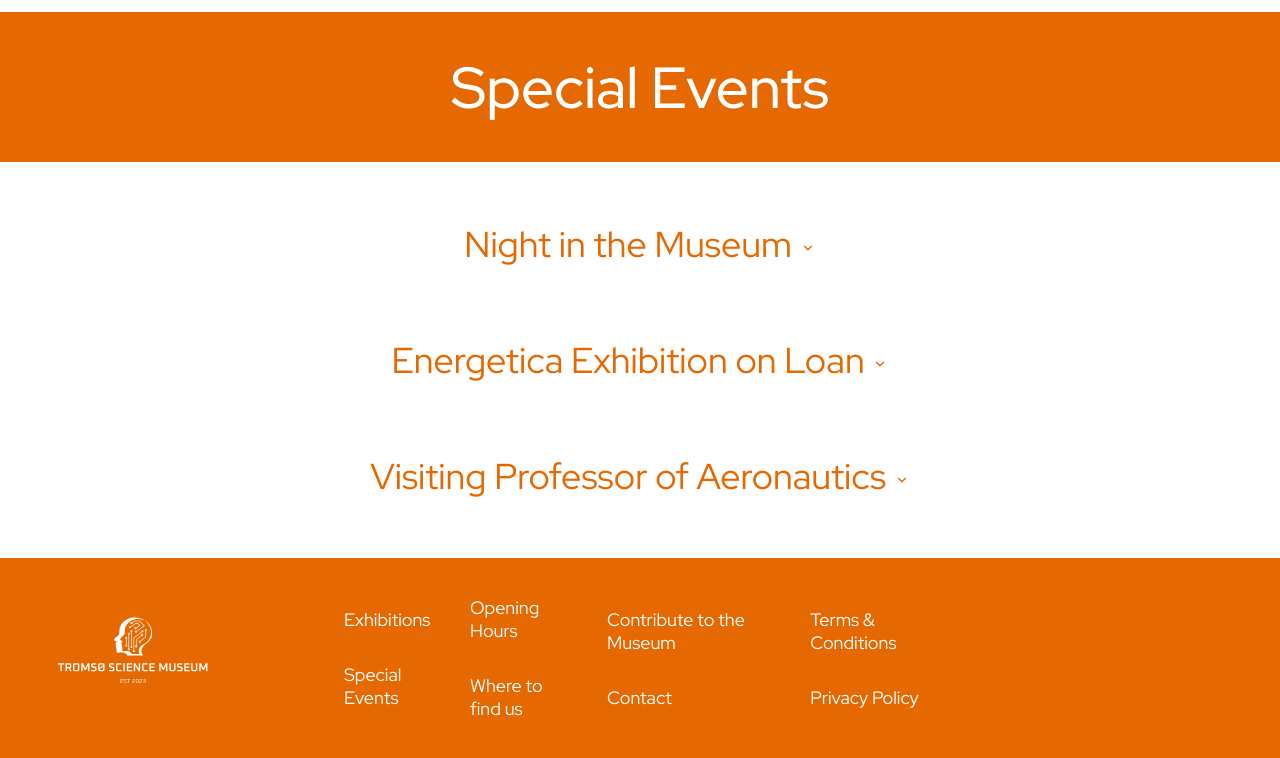
Repository: benjaminskarding/Semester-Project
Page: index.html
These files come from the project's save history. The page is drawn as it stood at one moment and after the next save; the edit follows.
The browser window is 1280 px wide. The pictures show the part of the page from y = 5117 to 5875 px (the page is 5875 px tall before and 5779 px after).
A picture or video elsewhere on the page could not be fetched, so the positions and the page height are approximate.

Above is the page before, as saved 2023-12-04 13:38:39.

### index.html
<!DOCTYPE html>
<html lang="en">
<head>
    <meta charset="UTF-8">
    <meta name="viewport" content="width=device-width, initial-scale=1.0">
    <link rel="stylesheet" href="/src/css/index.css">
    <link rel="preconnect" href="https://fonts.googleapis.com">
    <link rel="preconnect" href="https://fonts.gstatic.com" crossorigin>
    <link href="https://fonts.googleapis.com/css2?family=Red+Hat+Display:wght@300;400;500;600;700;800&display=swap" rel="stylesheet">
    <title>Document</title>
</head>
<body>
<div class="landing-section">

    <div class="fullscreen-bg-vid">
        <video loop muted autoplay>
            <source src="assets/videos/30001-0863.mp4" type="video/mp4">
        </video>
    </div>

    <header class="header-collection">
        <div class="header-wrapper">
            <nav class="header-main-nav">
                <div class="header-nav-left-placeholder">
                </div>
                <div class="header-nav-center-logo">
                    <a href="index.html" aria-label="Go to homepage">
                        <img class="logo" src="assets/images/logo/whitelogo.svg" alt="company logo">
                    </a>
                </div>
                <div class="header-nav-right">
                    <label for="menuToggle" class="menu-button" aria-label="Open Menu"> <!--toggles overlay-->
                        <span class="white">MENU</span>
                        <img src="assets/images/icons/helix.svg" class="menuIcon" alt="navigation menu icon">
                    </label>
                </div>
            </nav>
        </div>

        <!--Hamburger overlay-->
        <input type="checkbox" id="menuToggle" class="menu-toggle-checkbox" style="display: none;">
        <div class="hamburger-overlay-homepage" id="menuOverlay" aria-label="Menu overlay">

            <div class="overlay-header">
                <h3 class="medium">Menu</h3>
                <label for="menuToggle" class="overlay-close-btn" aria-label="Close menu">&times;</label>
            </div>

            <div class="overlayOptionsContainer">
                <a href="index.html">
                  <h5 class="menu-item">Home</h5>
                </a>
                <a href="exhibitions.html">
                  <h5 class="menu-item">Exhibitions</h5>
              </a>
                <a href="special_events.html">
                  <h5 class="menu-item">Special Events</h5>
              </a>
                <a href="contribute.html">
                  <h5 class="menu-item">Contribute to the Museum</h5>
              </a>
                <a href="contact.html">
                  <h5 class="menu-item">Contact</h5>
              </a>
                <a href="terms_conditions.html">
                  <h5 class="menu-item">Terms & Conditions</h5>
              </a>
                <a href="privacy_policy.html">
                  <h5 class="menu-item">Privacy Policy</h5>
              </a>
            </div>
            <div class="overlayLogoContainer">
                <img src="assets/images/logo/whitelogo.svg" class="overlayLogo" alt="company logo in hamburger overlay">
            </div>
        </div>
    </header>


    <div class="hero-text">
        <h1><a href=#>CURRENT EXHIBITIONS</a></h1>
        <div class="hero-text-bottom">
            <div class="title">
                <h2 class="specEvent"><a href=#>SPECIAL EVENTS</a></h2>
            </div>
            <div class="additional-links">
                <div class="link-with-line">
                    <a href="contact.html" class="hero-small-link">CONTACT</a>
                    <div class="line"></div>
                </div>
                <div class="link-with-line">
                    <a href="#" class="hero-small-link-two">CONTRIBUTE TO THE MUSEUM</a>
                    <div class="line"></div>
                </div>
            </div>
        </div>
    </div>
</div>
    <div class="title-bar">
        <h3 class="medium">Visit</h3>
    </div>

    <div class="main-grid">
        <div class="left-column">
            <div class="column-text-content">
                <h4 class="medium orange">Admission</h4>
                <h6>The entrance is free for all.</h6>
                <p>There are guided tours of the museum that leave every hour.</p>
                <p>These tours are 70 NOK per person and include a handy printed guide of the museum.</p>
                <p>If you would like to organise a guided tour for your group of 6 or more people, please contact us to arrange the tour.</p>
                <p class="orange bold">Accessibility</p>
                <p>The museum has wheelchair accessibility ramps.</p>
                <p>It also has audio guides and braille display signs for the visually impaired.</p>
            </div>
        </div>
        <div class="center-column">
            <div class="column-text-content">
                <p class="orange bold">Shop</p>
                <p>Our shop offers a range of memorabilia from the museum as well as great gifts and activity packs that allow you to continue to explore science even after you’ve left the museum.</p>
                <p class="orange bold">Food and Drink</p>
                <p>There is a café attached to the museum where you can get light lunches, soft drinks, coffee, snacks and more.</p>
            </div>
        </div>
        <div class="right-sidebar">
            <div class="sidebarSection">
                <h5>Our Location</h5>
                <hr>
                <p>Tromsø Science Museum</p>
                <p>123 Northern Lights Avenue</p>
                <p>Tromsø, Norway</p>
            </div>
            <div class="sidebarSection">
                <h5>Opening Hours</h5>
                <hr>
                <p>Monday: Closed</p>
                <p>Tuesday: 10:00 – 16:00</p>
                <p>Wednesday: 10:00 – 16:00</p>
                <p>Thursday: 10:00 – 16:00</p>
                <p>Friday: 10:00 – 19:00</p>
                <p>Saturday: 9:00 – 16:00</p>
                <p class="lastpar">Sunday: 9:00 – 13:00</p>
            </div>
        </div>

        <div class="image">
            <img src="assets/images/x/cube.jpg">
        </div>
        <div class="mid-right-column">
            <div class="right-column-text-content">
                <h2 class="orange">Explore Together</h2>
                <p class="semibold">Come join us at the Tromsø Science Museum where we’re committed to making science accessible to all.</p>
                <p>Over the course of human history, science has developed from our early understanding of fire, wind, water, and earth to exploring everything from galaxies far away to the very building blocks of life itself.</p>
                <p>The aim of our museum is to create a space where everyone can experience the wonders of our discoveries and perhaps even ignite a lifelong passion to continue the exploration of the world around us.</p>
                <p>We believe science should not be confined to the textbook, but brought to live through exhibits. This is why we have over 1000 different exhibits on the many varied subjects of science to explore.</p>
                <p>Many of these exhibits are designed for you to interact with and play around to see science come to life (apart from the dinosaur exhibits – they only come to life at night when everyone’s gone home).</p>
            </div>
        </div>
    </div>

    <div class="mid-bar"></div>

    <div class="grid2">
        <div class="teach-col">
            <div class="column-text-content">
                <h4 class="medium orange">For Teachers</h4>
                <p class="semibold">As a community-driven museum, we want to work with schools to create places of learning and exploring.</p>
                <p>Our team are on hand to give your students guided tours of the museum, teach them in our learning laboratory, and provide great video presentations that will excite and inspire them.</p>
                <p>Please get in touch with us here to find out more about our facilities and to arrange a time to bring your students through for a visit.</p>
            </div>
        </div>

        <div class="low-mid-right-column">
            <div class="right-column-text-content">
                <h4 class="medium orange">For Kids</h4>
                <p class="semibold">Are you a young person looking to learn more about science? Come on down to our museum, there’s plenty to see and do.</p>
                <p>You can learn about Newtonian physics from our bumper swing, or why not travel back in time and meet our resident Woolly Mammoth? Our exhibits are designed to be accessible for interested minds, so make sure you come ready to learn and explore.</p>
                <p>We also have the Young Stars club which meets once a week on a Saturday between 10:00 and 13:00 where you’ll get to explore and experiment with our team of experts.</p>
                <p class="lastpar">During the school holidays we run special holiday clubs where you can join other children your age to go on a journey of discovery. Each holiday we pick a new theme to explore. To find out more about the holiday club and how you can join, send us a message.</p>
                <h4 class="medium orange">Researchers</h4>
                <p class="semibold">Are you looking to get involved with our team of researchers and academics?</p>
                <p>Our museum offers various ways for you to use our resources and contribute towards them. We have online records, laboratory space, and a working relationship with a number of universities around the country.</p>
            </div>
        </div>

        <div class="left-sidebar">
            <div class="sidebarSection">
                <h5>Special Events</h5>
                <hr>
                <p>Visiting Professor of Aeronautics</p>
                <p>Night in the Museum</p>
                <p>Energetica Exhibition on Loan</p>
            </div>
            <div class="sidebarSection">
                <h5>Current Exhibitions</h5>
                <hr>
                <p>Cosmology</p>
                <p>Evolution</p>
                <p>Biology & Medicine</p>
                <p>Ecology</p>
                <p>Robotics & AI</p>
            </div>
        </div>
    </div>

    <div class="title-bar title-bar-right">
        <h3 class="medium">Exhibitions</h3>
    </div>


    <div class="grid3">
        <div class="imageCarousel image">
            <img src="assets/images/x/spaceman.jpg">
        </div>
        <div class="carouselDescription">
            <div class="column-text-content">
                <h5 class="orange">Discover the Cosmos</h5>
                <p class="semibold">Embark on a celestial journey at the Tromsø Science Museum's space exhibit.</p>
                <p>Dive into the history of space exploration, from the earliest dreams of flying to the moon, to the latest discoveries in the vast expanse of our universe.</p>
            </div>
        </div>
        <div class="exhibText">
            <div class="right-column-text-content">
                <h4 class="medium orange">Engage, Learn and Interact</h4>
                <p class="semibold">The Tromsø Science Museum is not just a building; it's a celebration of human curiosity and the relentless pursuit of knowledge.</p>
                <p>As a beacon of discovery, our exhibitions are thoughtfully designed to inspire awe, stimulate intellect, and provoke conversation.</p>
                <p>From the enigmatic depths of outer space to the microscopic intricacies of biology, each exhibit serves as a window to the vast and varied tapestry of the universe.</p>
                <a href="#" class="exhibButton medium">Tour All Exhibitions</a>
            </div>
        </div>
    </div>

    <div class="title-bar">
        <h3 class="medium">Contribute</h3>
    </div>

    <div class="grid4">
        <div class="suppMuseum">
            <div class="column-text-content">
                <h4 class="medium orange">Support the Museum</h4>
                <p class="semibold">Tromsø Science Museum is not just a space, it's a vibrant hub for exploration and learning, a testament to the power of community involvement.</p>
                <p>While our contributions page provides detailed ways you can join in our efforts, here we invite you to consider the unique impact that your support can create.</p>
            </div>
            <div class="navStuff">
                <div class="buttonWrapper">
                    <a href="#" class="navButtonSmall medium">Internship</a>
                    <img src="assets/images/icons/longArrow.svg" alt="Right Arrow" class="arrowIcon">
                </div>
                <div class="buttonWrapper">
                    <a href="#" class="navButtonSmall medium">Make a Gift</a>
                    <img src="assets/images/icons/longArrow.svg" alt="Right Arrow" class="arrowIcon">
                </div>
                <div class="buttonWrapper">
                    <a href="#" class="navButtonSmall medium">Volunteer</a>
                    <img src="assets/images/icons/longArrow.svg" alt="Right Arrow" class="arrowIcon">
                </div>
                <div class="buttonWrapper">
                    <a href="#" class="navButtonSmall medium">Donate</a>
                    <img src="assets/images/icons/longArrow.svg" alt="Right Arrow" class="arrowIcon">
                </div>
            </div>
        </div>

        <div class="supportImage image">
            <img src="assets/images/x/supp.jpg">
        </div>
    </div>

    <div class="title-bar-center">
        <h3 class="medium">Special Events</h3>
    </div>

    <div class="specEvents">
        <div class="specContent">
            <div class="section">
                <input type="checkbox" id="toggleNight" class="toggle"/>
                <label for="toggleNight" class="toggle-label">
                    Night in the Museum
                  <img src="assets/images/icons/arrow-down-s-line.svg" class="arrow">
                </label>
                <div class="content">
                    <p>Get your family together for an exciting night in the museum as you sleep over beside dinosaurs and science displays.</p>
                    <p>Bring your own sleeping bag and get ready to rough it as we go exploring the wonders of science.</p>
                </div>
            </div>
            <div class="section">
                <input type="checkbox" id="toggleExhibition" class="toggle"/>
                <label for="toggleExhibition" class="toggle-label">
                    Energetica Exhibition on Loan
                  <img src="assets/images/icons/arrow-down-s-line.svg" class="arrow">
                </label>
                <div class="content">
                    <p>On loan from the NEMO Science Museum in Amsterdam, the Energetica exhibition is coming to the Community Science Museum.</p>
                    <p>It’s a series of installations that allow visitors to experience the power of the elements as we harness them.</p>
                    <p>From solar energy powering lighting, to ‘Wind Island’ that shows how turbines are able to use and control wind to create power.</p>
                </div>
            </div>
            <div class="section">
                <input type="checkbox" id="toggleProfessor" class="toggle"/>
                <label for="toggleProfessor" class="toggle-label">
                  Visiting Professor of Aeronautics
                  <img src="assets/images/icons/arrow-down-s-line.svg" class="arrow">
                </label>
                <div class="content">
                    <p>It is our pleasure to announce that Prof Sheila Widnall from the Massachusetts Institute of Technology will be delivering 3 lectures on the development of aeronautics and where the future lies in this exciting ‘space’.</p>
                </div>
            </div>
        </div>
    </div>

    <footer id=desktop-footer class="footer">
        <div class="footer-container">
              <!--footer left side-->
            <div class="footer-left-container">
              <a href="index.html"  aria-label="Back to homepage">
                <img src="assets/images/logo/whitelogo.svg" class="footer-logo" alt="company logo in footer">
              </a>
            </div>
            <!--footer center-->
            <div class="footer-center-container">
              <div class="footer-column-1">
                <p class="footer-titles">Exhibitions</p>
                <p class="footer-titles">Special Events</p>
              </div>
              <div class="footer-column-2">
                <p class="footer-titles">Opening Hours</p>
                <p class="footer-titles">Where to find us</p>
              </div>
              <div class="footer-column-3">
                <p class="footer-titles">Contribute to the Museum</p>
                <p class="footer-titles">Contact</p>
              </div>
              <div class="footer-column-4">
                <p class="footer-titles">Terms & Conditions</p>
                <p class="footer-titles">Privacy Policy</p>
              </div>
            </div>

            <div class="footer-right-container-placeholder"></div>
        </div>
      </footer>

</body>
</html>

### src/css/index.css
@import url(common.css);
@import url(_reset.css);
@import url(_variables.css);

/* variables specific to this page */

h1 {
    position: relative;
}

h1:hover {
    color: var(--color-secondary)
}

h4 {
    margin-right: 3rem;
}
/* Header landing page specific */

.header-collection {
    background: none;
}

/* Hamburger overlay specific to this page */

.hamburger-overlay-homepage {
    position: fixed;
    top: 20rem;
    right: 0;
    height: 100%;
    width: 33%;
    background-color: var(--color-secondary);
    transform: translateX(100%);
    transition: transform 0.3s;
    display: flex;
    flex-direction: column;
    justify-content: flex-start;
    visibility: hidden;
    z-index: 1000;
}

.menu-toggle-checkbox:checked ~ .hamburger-overlay-homepage {
    transform: translateX(0);
    visibility: visible;
}

/* Landing section viewport container */

.landing-section {
    height: 100vh;
}

/*Background video */

.fullscreen-bg-vid {
    position: absolute;
    top: 0;
    left: 0;
    z-index: -1;
    overflow: hidden;
}


.fullscreen-bg-vid video {
    width: 100vw;
    height: 100vh;
    object-fit: cover;
}


/* Hero text*/

.hero-text {
    position: absolute;
    display: flex;
    flex-direction: column;
    bottom: 0;
    left:0;
    margin-left: 3rem;
    margin-bottom: 3rem;
    font-family: var(--font-primary);
    color: white;
    font-size: 3rem;
}

.hero-text-bottom {
    display: flex;
    align-items: center;
}

.additional-links {
    display: flex;
    flex-direction: column;
    margin-left: 1rem;
    gap: 1rem;
    font-size: 1.25rem;
    width: 50%;
}

.title {
    width: 56%;
    border: 4px solid var(--color-secondary);
    border-radius: 2rem;
    padding: 1rem;
}


.link-with-line {
    display: flex;
    align-items: center;
}

.line {
    display: flex;
    margin-left: 1rem;
    top: 50%;
    width: 100%;
    border-top: 2px solid white;
    transform: translateY(-50%);
}

.hero-small-link, .hero-small-link-two {
    z-index: 1;
    white-space: nowrap;
}

.hero-small-link:hover + .line,
.hero-small-link-two:hover + .line {
    border-top-color: var(--color-secondary);
}


/* END OF INITIAL VIEWPORT */

/* Main content */

.main-grid {
    display: grid;
    margin-top: 0;
    grid-gap: 2rem;
    grid-template-columns: 1fr 1fr 33%;
    grid-template-rows: auto;
    grid-template-areas:
    "left-column center-column right-sidebar"
    "image image mid-right-column"
    "mid-bar mid-bar mid-bar";
}

.left-column    { grid-area: left-column}
.center-column    { grid-area: center-column}
.right-sidebar    { grid-area: right-sidebar}
.image { grid-area: image}
.mid-right-column { grid-area: mid-right-column }
.mid-bar { grid-area: mid-bar}


/*Separating bars */

.title-bar {
    display: grid;
    grid-gap: 2rem;
    grid-template-columns: 1fr 1fr 33%;
    grid-template-rows: auto;
    align-items: center;
    height: 150px;
    width: 100%;
    background-color: var(--color-secondary);
}

.title-bar h3 {
    margin-left: 3rem;
}

.title-bar-right .medium {
    grid-column: 3;
    margin-left: 0rem;
}

.title-bar-center .medium {
    display: flex;
    justify-content: center;
    align-items: center;
    height: 150px;
    width: 100%;
    background-color: var(--color-secondary);
}

.mid-bar {
    display: flex;
    height: 82px;
    width: 100%;
    background-color: var(--color-secondary);
}

/* Visit Section Main Content */

.left-column, .right-sidebar, .center-column, .left-sidebar {
    display: flex;
    flex-direction: column;
}

.center-column {
    margin-top: 5.3rem;
}

.right-sidebar, .left-sidebar {
    justify-content: space-evenly;
    color:white;
    background-color: var(--color-secondary);
}

.sidebarSection {
    display: flex;
    flex-direction: column;
    align-items: center;
}

.sidebarSection hr {         /* Separator line visual only */
    border: none;
    height: 1px;
    background-color: white;
    margin-bottom: 20px;
    width: 25rem;
}

.column-text-content p,
.column-text-content li,
.column-text-content h4,
.column-text-content h6 {      /* General rule */
    margin-bottom: 1rem;
    margin-top: 1rem;
}


.left-column .column-text-content p,
.left-column .column-text-content li,
.left-column .column-text-content h4,
.left-column .column-text-content h6,
.teach-col .column-text-content p,
.teach-col .column-text-content li,
.teach-col .column-text-content h4,
.teach-col .column-text-content h6 {
    margin-left: 3rem;
}

.right-column-text-content p,
.right-column-text-content h2 {
    margin-left: 0rem;
    margin-right: 3rem;
    margin-top: 1rem;
}

.image img {
    width: 100%;
    display: block;
}

.teach-col .column-text-content h4 {
    margin-top: 0;
}

.teach-col {
    margin-bottom: 0;
}

.grid2 {
    display: grid;
    grid-template-columns: 2fr 33%;
    grid-template-rows: 1fr 2fr;
    grid-gap: 2rem;
    margin-right: 0rem;
    margin-top: 2rem;
    grid-template-areas:
    "teach-col low-mid-right-column"
    "left-sidebar low-mid-right-column";
  }

.teach-col { grid-area: teach-col}
.low-mid-right-column {grid-area: low-mid-right-column}
.left-sidebar {grid-area: left-sidebar}

.grid3 {
    display: grid;
    grid-template-columns: 2fr 1fr 33%;
    grid-template-rows: auto;
    grid-gap: 2rem;
    margin: 2rem 0 2rem 0;
    grid-template-areas:
    "imageCarousel carouselDescription exhibText"
  }

.imageCarousel { grid-area: imageCarousel}
.exhibText {grid-area: exhibText}
.carouselDescription { grid-area: carouselDescription}


.carouselDescription {
    flex-direction: column;
    background-color: #D9D9D9;
}


.carouselDescription p,
.carouselDescription h5 {
    margin: 1rem 1rem 0 1rem;
}



.exhibButton {
    display: block;
    text-align: center;
    border: 2px solid var(--color-secondary);
    border-radius: 10px;
    padding: 2rem;
    margin: 2rem 3rem 0 0;
    font-size: 3rem;
    color: var(--color-secondary)
}

.grid4 {
    display: grid;
    grid-template-columns: 33% 2fr;
    grid-template-rows: auto;
    grid-gap: 2rem;
    margin: 2rem 0 2rem 2rem;
    grid-template-areas:
    "suppMuseum supportImage"
  }

.suppMuseum { grid-area: suppMuseum}
.supportImage {grid-area: supportImage}

.navStuff {
    display: flex;
    flex-direction: column;
}

.buttonWrapper {
    display: flex;
    align-items: center;
    margin-bottom: 2rem;
}

.navButtonSmall {
    display: block;
    text-align: center;
    border: 2px solid var(--color-secondary);
    border-radius: 10px;
    padding: 1rem;
    margin: 0 1rem 0 0;
    font-size: 1.5rem;
    width: 15rem;
    color: var(--color-secondary)
}

.navButtonSmall img {
    width: auto;
}


.specEvents {
    display: flex;
    flex-direction: column;
}

.specContent {
    text-align: center;
}


.arrow {
    transition: transform 0.3s ease;
    width: 16px;
    height: 16px;
    vertical-align: middle;
    display: inline-block;

}

.section {
    margin-top: 3rem;
    margin-bottom: 3rem;
  }


.toggle {
    display: none;
}


.toggle-label {
    cursor: pointer;
    display: inline-block;
    padding: 10px;
    color: inherit;
    vertical-align: middle;
    color: var(--color-secondary);
    font-size: 2.25rem;
}


.toggle-label .arrow {
    transition: transform 0.3s ease;
}


.toggle:checked + .toggle-label .arrow {
    transform: rotate(180deg);
}

.content {
    display: none;
    padding: 10px;
}

.toggle:checked ~ .content {
    display: block;
}

.content {
    transition: all 0.3s ease-in-out;
}

### src/css/_reset.css
*, *:before, *:after {
    box-sizing: inherit;
  }

  body {
    box-sizing: border-box;
    min-height: 100vh;
    margin: 0;
  }

Loaded but not shown: src/css/common.css (228 lines, source omitted); src/css/_variables.css (88 lines, source omitted)

After the next save:
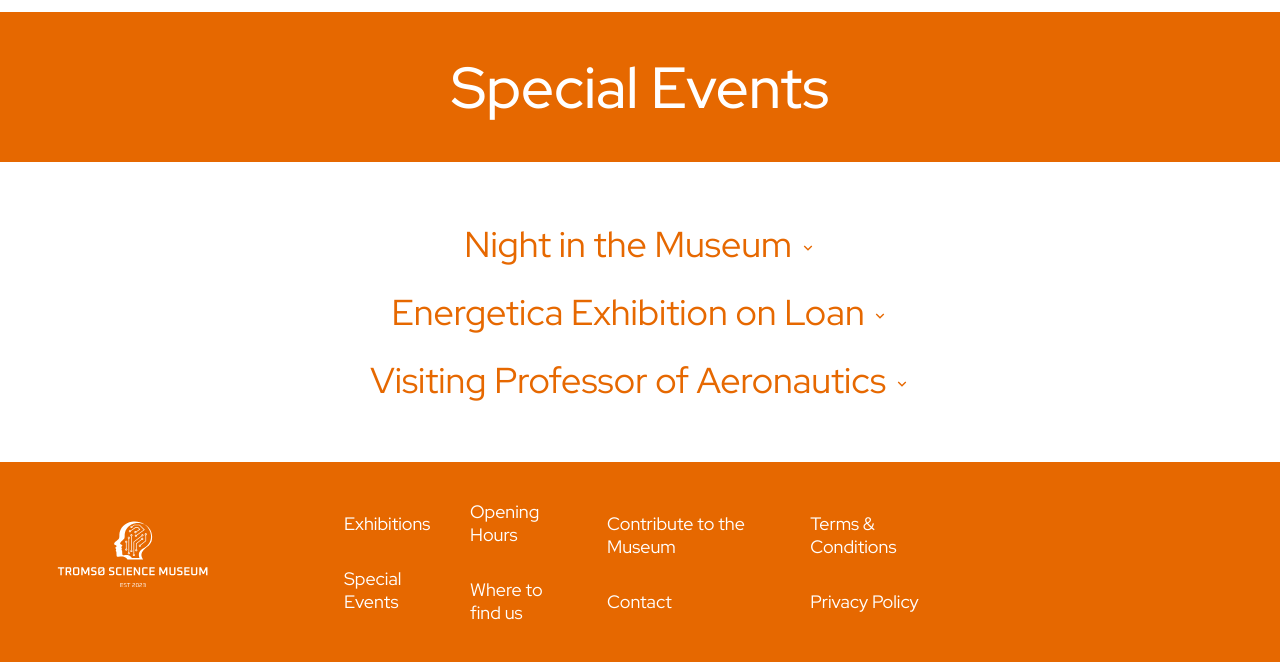
Saved 5 s later.
--- a/src/css/index.css
+++ b/src/css/index.css
@@ -366,6 +366,8 @@ h4 {
 
 .specContent {
     text-align: center;
+    margin-top: 3rem;
+    margin-bottom: 3rem;
 }
 
 
@@ -379,8 +381,7 @@ h4 {
 }
 
 .section {
-    margin-top: 3rem;
-    margin-bottom: 3rem;
+
   }
 
 
